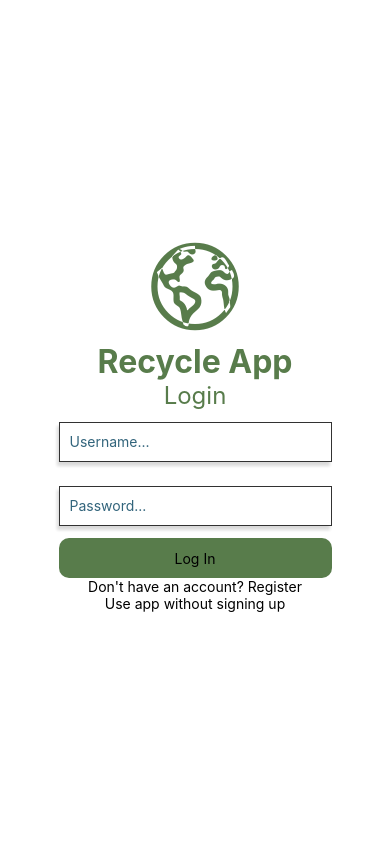
Repository: ct-pham/COMP4511
Screen: / (app in comp4511/)
These files come from the project's save history. The screen is drawn as it stood at one moment and after the next save; the edit follows.
The app was drawn by React Native's web renderer in a window 390 px wide. The project was rebuilt for these pictures with package versions that can differ from the ones it lists, and the page was loaded fresh each time.

Above is the screen before, as saved 2022-11-07 15:50:44.

### comp4511/App.js

// import { NavigationContainer } from 'react-navigation/native';
// import { createNativeStackNavigator } from 'react-navigation/native-stack';
import Login from './Components/Login';
//import Register from './Components/Register';

export default function App() {
  return (
    // <NavigationContainer>
    //   <Stack.Navigator initialRouteName="Home">
    //     <Stack.Screen name="Login" component={Login} />
    //     <Stack.Screen name="Register" component={Register} />
    //   </Stack.Navigator>
    // </NavigationContainer>
    <Login />
  );
}

### comp4511/Components/Login.js
import {
    StyleSheet,
    Text,
    View,
    TextInput,
    TouchableOpacity,
} from 'react-native';

import Icon from 'react-native-vector-icons/Ionicons';

export default function Login( {navigation}) {
    return (
        <View style={styles.container}>
            <View>
                <Icon
                    name = "earth-outline"
                    size = {100}
                    color = "#587C4B"
                />
            </View>

            <Text style = {styles.title}>Recycle App</Text>
            <Text style = {styles.subtitle}>Login</Text>
            <View style={styles.inputView}>
                <TextInput
                    style={styles.TextInput}
                    placeholder="Username..."
                    placeholderTextColor="#003f5c"
                />
            </View>

            <View style={styles.inputView}>
                <TextInput
                    style={styles.TextInput}
                    placeholder="Password..."
                    placeholderTextColor="#003f5c"
                    secureTextEntry={true}
                />
            </View>

            <TouchableOpacity style = {styles.btnStyle}>
                <Text style={styles.loginBtn}>Log In</Text>
            </TouchableOpacity>

            <TouchableOpacity
                onPress = {console.log('Register')}
            >
                <Text style={styles.loginBtn}>Don't have an account? Register</Text>
            </TouchableOpacity>

            <TouchableOpacity>
                <Text style={styles.loginBtn}>Use app without signing up</Text>
            </TouchableOpacity>

        </View>
    );
}

const styles = StyleSheet.create({
    container: {
        flex: 1,
        backgroundColor: '#ffffff',
        alignItems: 'center',
        justifyContent: 'center',
    },
    inputView: {
        backgroundColor: '#ffffff',
        borderWidth: 1,
        borderColor: '#000000',
        height: 40,
        width: '70%',
        margin: 12,
        borderWidth: 1,
        padding: 10,
        shadowColor: '#171717',
        shadowOffset: {width: -2, height: 4},
        shadowOpacity: 0.2,
        shadowRadius: 3,
        opacity: 0.8,
    },
    button: {
        borderRadius: 25,
    },
    btnStyle: {
        backgroundColor: '#587C4B',
        width: '70%',
        height: 40,
        alignItems: 'center',
        justifyContent: 'center',
        borderRadius: 10,
    },
    btnStyle2: {
        backgroundColor: '#ffffff',
        borderRadius: 10,
        borderColor: '#587C4B',
        width: '70%',
        height: 40,
    },
    title: {
        fontSize: 32,
        fontWeight: 'bold',
        color: '#587C4B',
    },
    subtitle: {
        fontSize: 24,
        fontWeight: 'semibold',
        color: '#587C4B',
    },
});

After the next save:
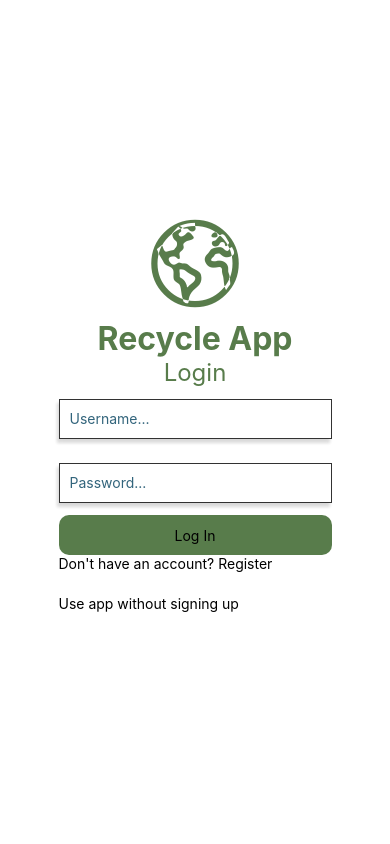
Saved 2 min 42 s later.
--- a/comp4511/Components/Login.js
+++ b/comp4511/Components/Login.js
@@ -44,11 +44,14 @@ export default function Login( {navigation}) {
 
             <TouchableOpacity
                 onPress = {console.log('Register')}
+                style = {styles.btnStyle2}
             >
                 <Text style={styles.loginBtn}>Don't have an account? Register</Text>
             </TouchableOpacity>
 
-            <TouchableOpacity>
+            <TouchableOpacity
+                style = {styles.btnStyle2}
+            >
                 <Text style={styles.loginBtn}>Use app without signing up</Text>
             </TouchableOpacity>
 
